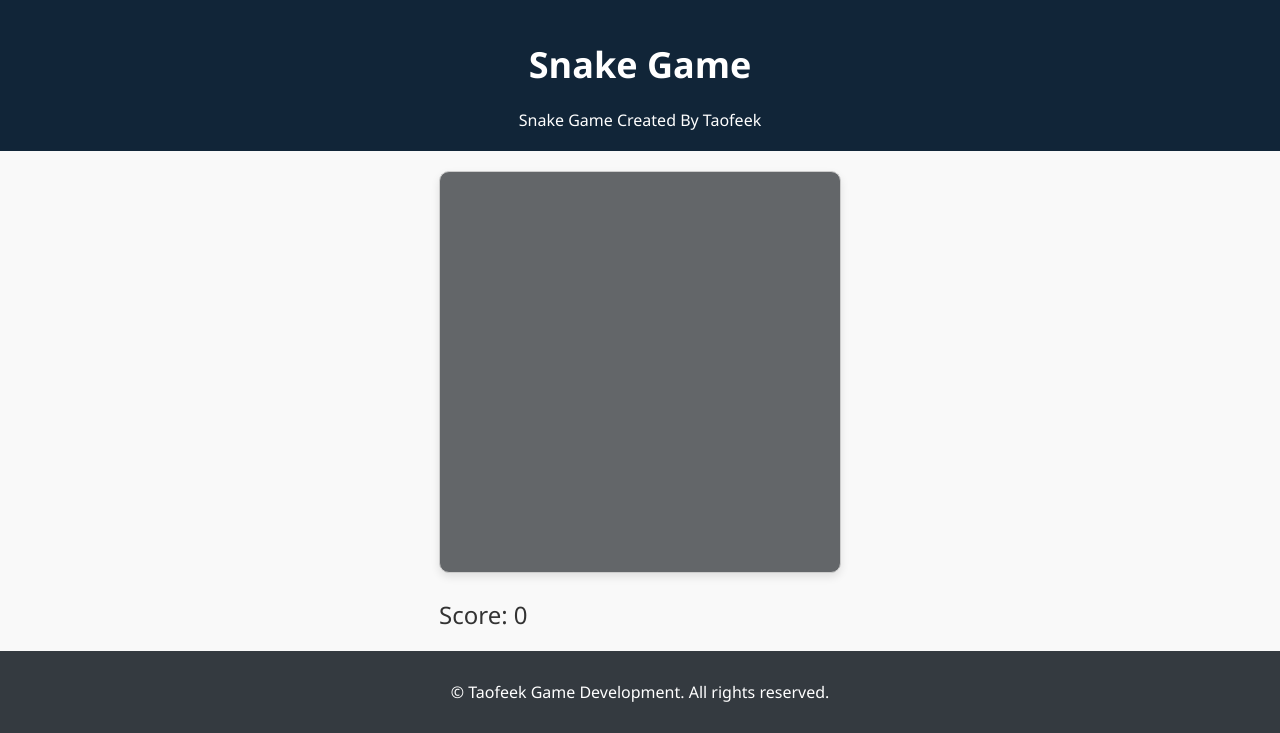
Repository: Taofeekolusola/Landing-page
Page: index.html
The author's editor kept a copy of each file at every save. The page is drawn from the files as they stood at one save, then again after the next save.
The browser window is 1280 px wide. The pictures show the whole page.

Above is the page before, as saved 2024-05-06 18:17:03.
Not found: script.js

### index.html
<!DOCTYPE html>
<html lang="en">
<head>
    <meta charset="UTF-8">
    <meta name="viewport" content="width=device-width, initial-scale=1.0">
    <title>Snake Game</title>
    <link rel="stylesheet" href="styles.css">
</head>
<body>
    <header>
        <div class="container">
            <h1>Snake Game</h1>
        </div>
        <div class="name">Snake Game Created By Taofeek</div>
    </header>
    <main>
        <div>
            <canvas class="snake"></canvas>
            <div id="score">Score: 0</div>
        </div>
    </main>
    <footer>
        <div class="container">
            <p>&copy; Taofeek Game Development. All rights reserved.</p>
        </div>
    </footer>
    <script src="script.js"></script>
</body>
</html>

### styles.css
body {
    font-family: 'Segoe UI', Tahoma, Geneva, Verdana, sans-serif;
    margin: 0;
    padding: 0;
    display: flex;
    flex-direction: column;
    min-height: 100vh;
    background-color: #f9f9f9;
}

.container {
    width: 80%;
    max-width: 800px;
    margin: 0 auto;
    padding: 20px;
}

header {
    background-color: #112538;
    color: #fff;
    text-align: center;
    padding: 20px 0;
}

header h1 {
    font-size: 36px;
    margin: 0;
}

.snake {
    height: 400px;
    width: 400px;
    margin-top: 20px;
    background-color: #636669
}

main {
    flex-grow: 1;
    display: flex;
    justify-content: center;
    align-items: center;
}

canvas {
    border: 1px solid #ccc;
    border-radius: 10px;
    box-shadow: 0 4px 8px rgba(0, 0, 0, 0.1);
}

#score {
    margin-top: 20px;
    font-size: 24px;
    color: #333;
}

footer {
    background-color: #343a40;
    color: #fff;
    text-align: center;
    padding: 10px 0;
    margin-top: 20px;
}

footer p {
    margin: 0;
}

After the next save:
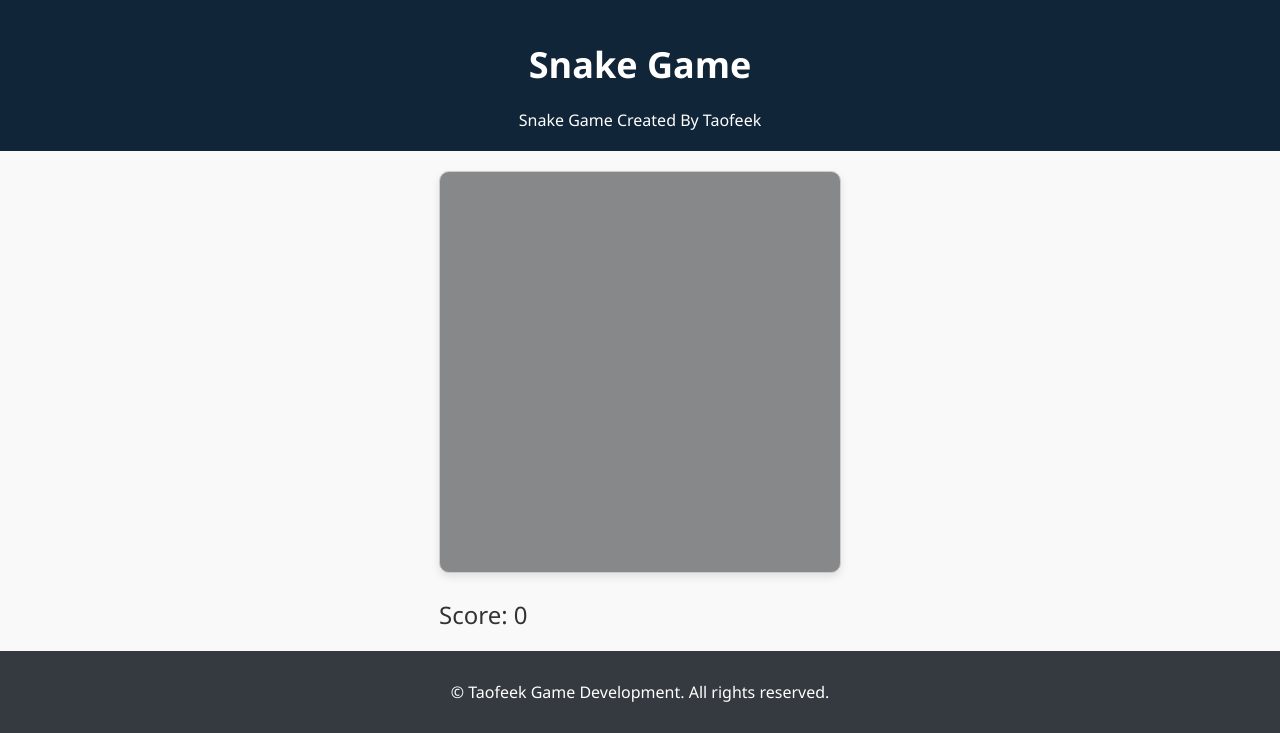
Saved 4 s later.
--- a/styles.css
+++ b/styles.css
@@ -31,7 +31,7 @@ header h1 {
     height: 400px;
     width: 400px;
     margin-top: 20px;
-    background-color: #636669
+    background-color: #87888a
 }
 
 main {
